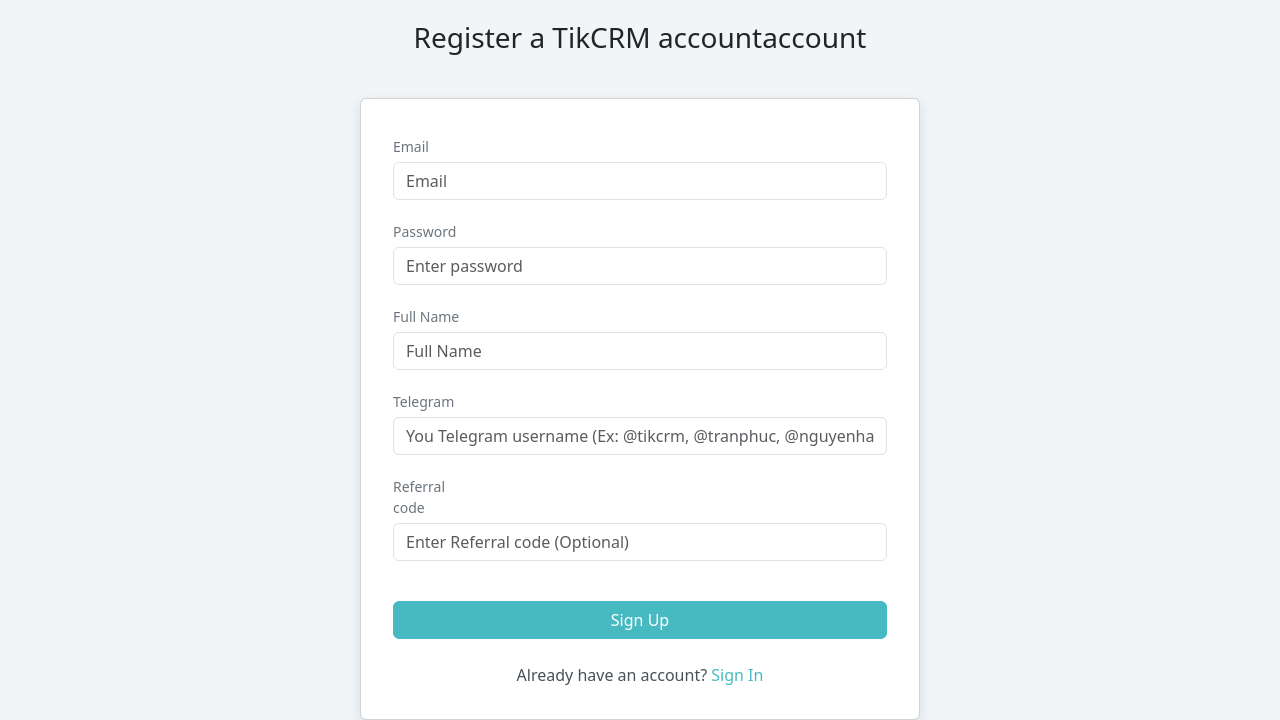
Repository: chaolaolo/tikcrm-fe
Page: /register
An editor plug-in stored every save of this project. The page is shown before and after the next save, followed by the edit.
The browser window is 1280 px wide. The pictures show the whole page.
An inner scrolling area shows only its first screen. The project was rebuilt for these pictures with package versions that can differ from the ones it lists, and the page was loaded fresh each time. Also part of the build but not shown: vite.config.ts, src/pages/Auth/Login/LoginPage.tsx, src/pages/Home/Settings.tsx, src/pages/Home/HomePage.tsx. Imported but missing from the stored project, and not drawn on this page: src/pages/Home/Dashboard.

Above is the page before, as saved 2025-05-22 23:14:06.

After the next save:
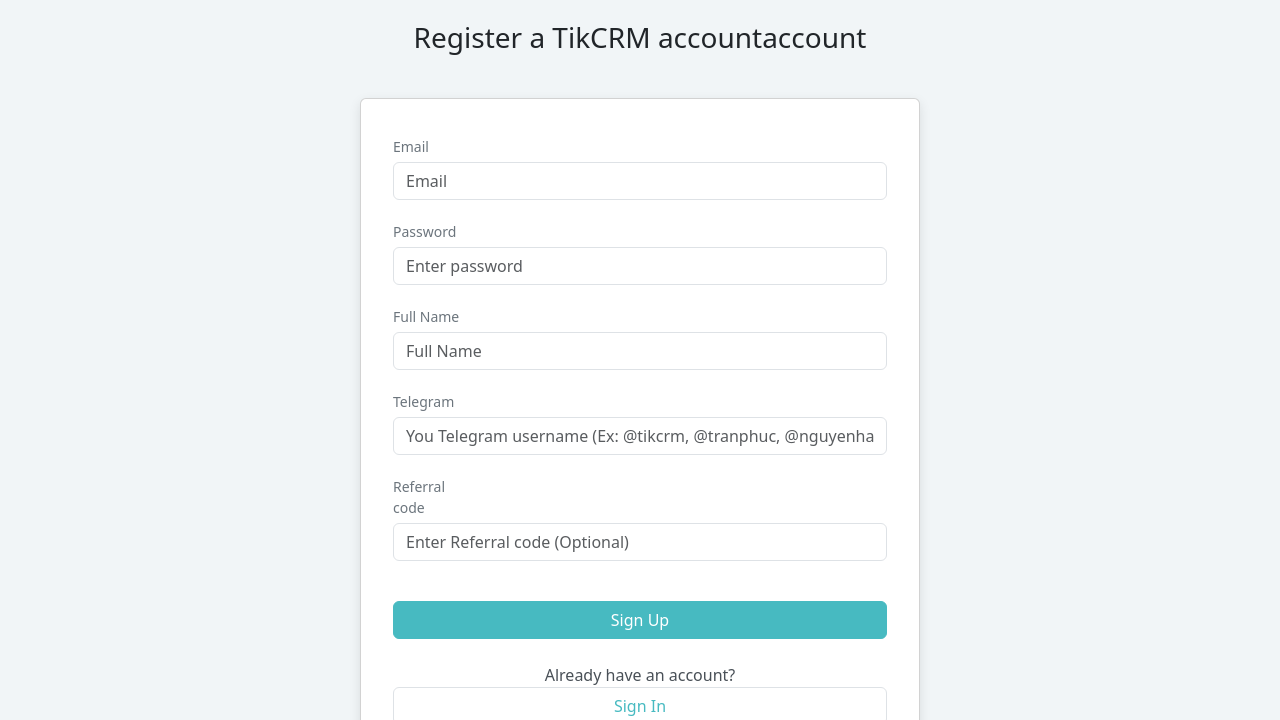
Saved 31 s later.
--- a/src/pages/Auth/Register/RegisterPage.tsx
+++ b/src/pages/Auth/Register/RegisterPage.tsx
@@ -104,7 +104,7 @@
               <div className="text-center">
                 <span className='text-light-emphasis'>Already have an account? </span>
                 <Link to="/login"
-                  className="custom-hover-underline   fw-normal" style={{ fontSize: '16px', color: '#47bac1' }}>
+                  className="custom-hover-underline form-control  fw-normal" style={{ fontSize: '16px', color: '#47bac1' }}>
                   Sign In
                 </Link>
                 {/* <a href="#signup" className="text-decoration-none">Sign up</a> */}

After the save that followed:
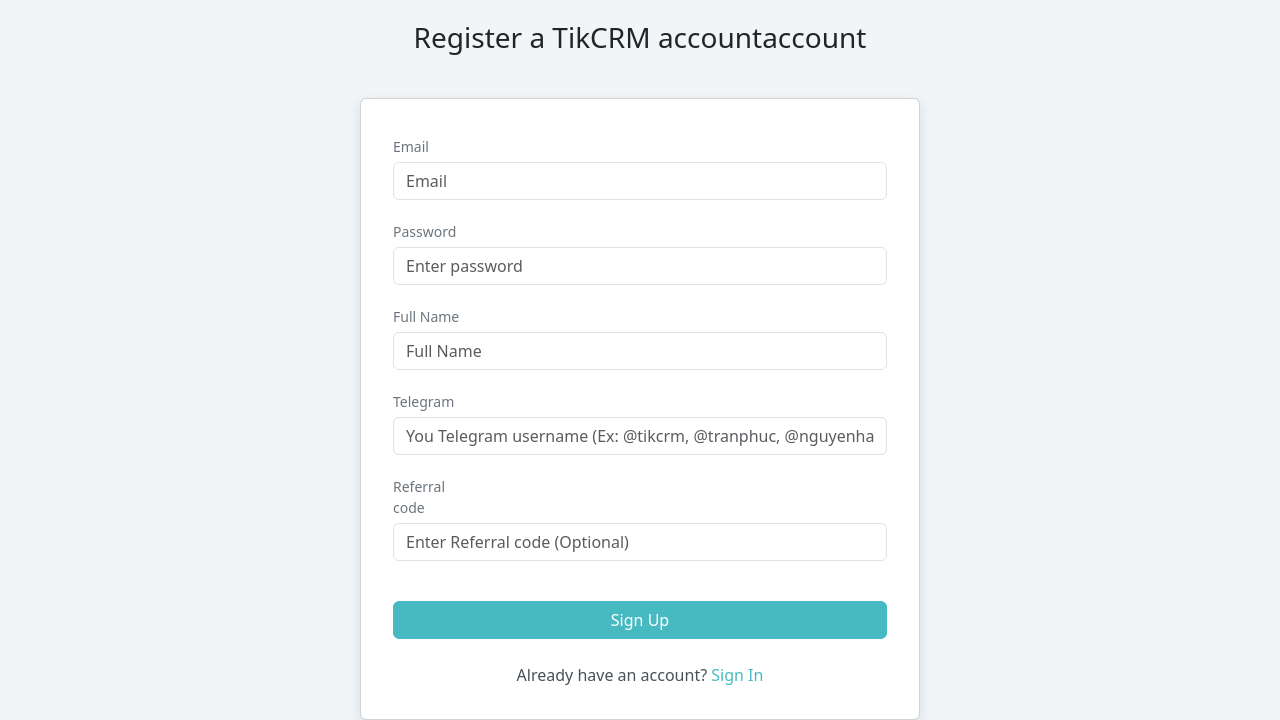
Saved 9 s later.
--- a/src/pages/Auth/Register/RegisterPage.tsx
+++ b/src/pages/Auth/Register/RegisterPage.tsx
@@ -104,7 +104,7 @@
               <div className="text-center">
                 <span className='text-light-emphasis'>Already have an account? </span>
                 <Link to="/login"
-                  className="custom-hover-underline form-control  fw-normal" style={{ fontSize: '16px', color: '#47bac1' }}>
+                  className="custom-hover-underline fw-normal" style={{ fontSize: '16px', color: '#47bac1' }}>
                   Sign In
                 </Link>
                 {/* <a href="#signup" className="text-decoration-none">Sign up</a> */}
